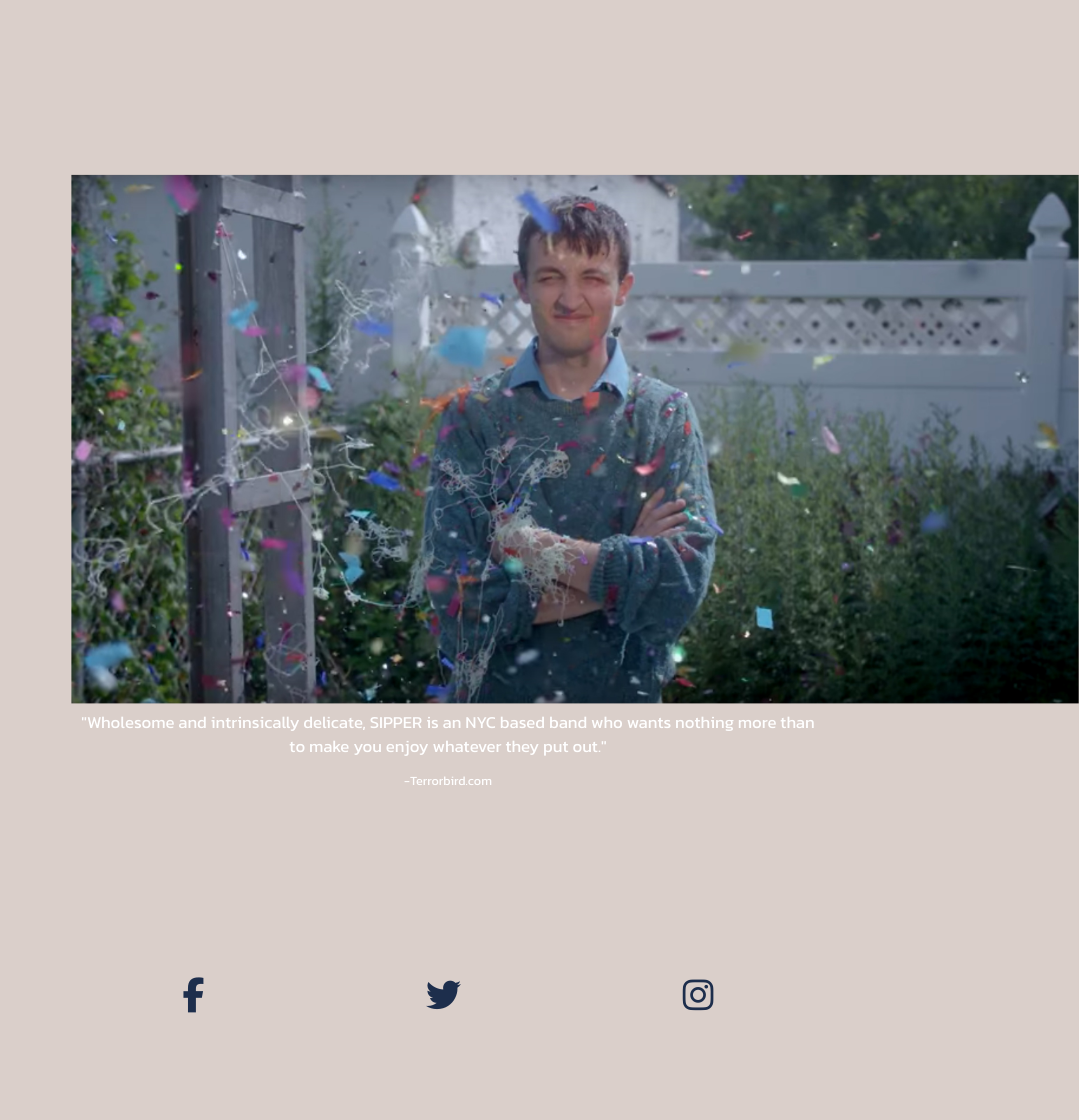
Repository: KrystellBarraza/SipperNYC
Page: index.html
The author's editor kept a copy of each file at every save. The page is drawn from the files as they stood at one save, then again after the next save.
The browser window is 1280 px wide. The page is 1541 px wide, then 1280 px, so the pictures cover 1541 px, including what lies to the right of the window. The pictures show the part of the page from y = 3507 to 5107 px (the page is 5662 px tall before and 5090 px after), at 70% of full size.
Some web libraries are served in a nearby version.

Above is the page before, as saved 2019-09-17 17:23:04.

After the next save:
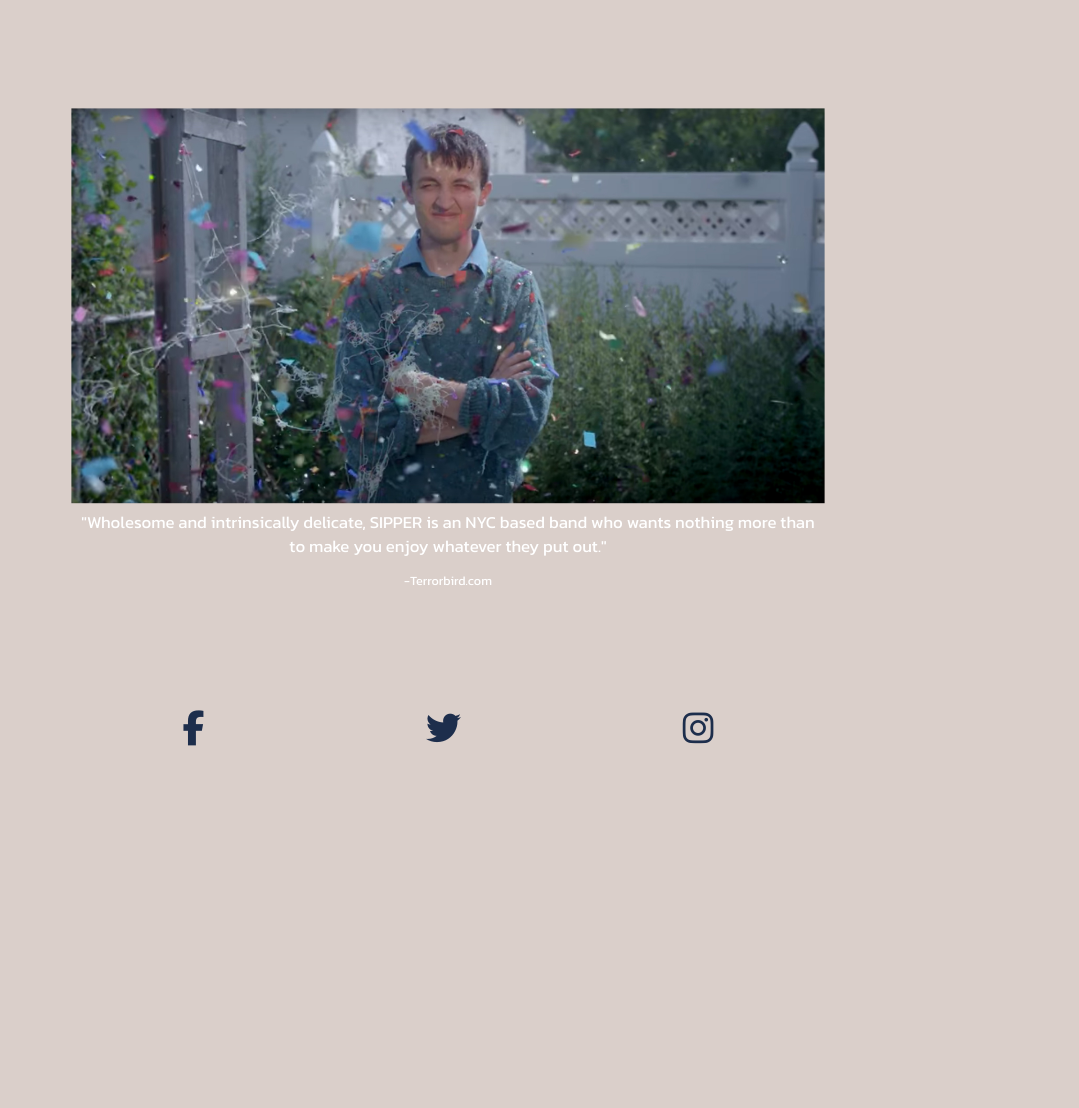
Saved 2 min 11 s later.
--- a/style.css
+++ b/style.css
@@ -830,6 +830,12 @@ i.fab:hover {
     grid-area: r;
 }
 
+.about-image > img {
+    object-fit: contain;
+    width: 100%;
+    max-height: 600px;
+}
+
 .about-text {
     grid-area: s;
     color: #FFF;
